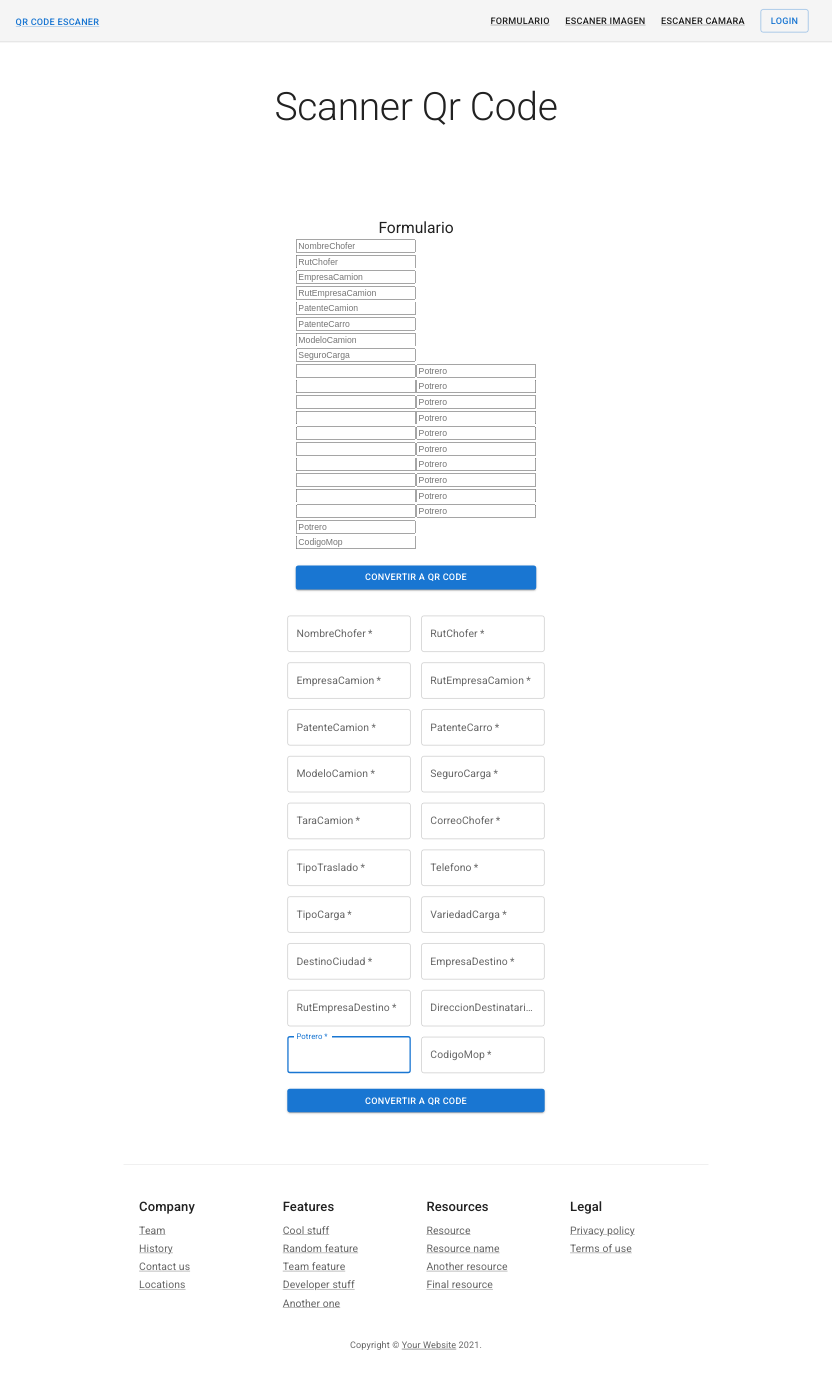
Repository: FlamesAlejandro/QrCodeForm
Page: /form
The author's editor kept a copy of each file at every save. The page is drawn from the files as they stood at one save, then again after a run of saves.
The browser window is 1280 px wide. The pictures show the whole page, at 65% of full size.
The project was rebuilt for these pictures with package versions that can differ from the ones it lists, and the page was loaded fresh each time. Also part of the build but not shown: src/App.css, src/components/pages/ImagenEscaner.js, src/components/pages/CamaraEscaner.js, src/components/pages/Home.js.

Above is the page before, as saved 2021-10-24 07:52:37.

After the next 2 saves:
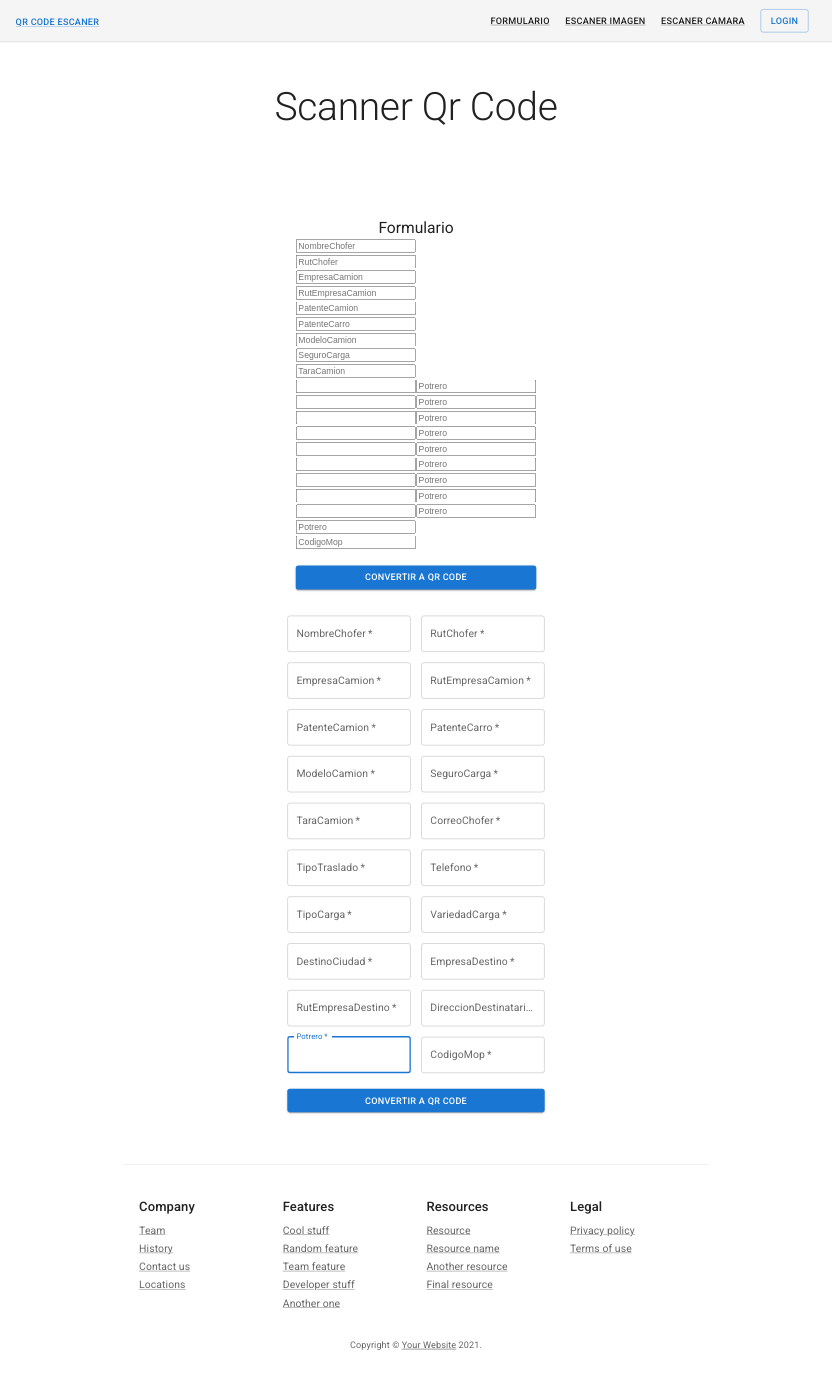
The 2 saves are shown as one change because they came seconds apart.
The last was saved 6 s later.
--- a/src/components/pages/Form.js
+++ b/src/components/pages/Form.js
@@ -71,16 +71,7 @@
                         <input type="text" placeholder="SeguroCarga" {...register("SeguroCarga", {})} />
                     </Grid>
                     <Grid item xs={12} sm={6}>
-                        <input
-                        autoComplete="TaraCamion"
-                        name="TaraCamion"
-                        required
-                        fullWidth
-                        id="TaraCamion"
-                        label="TaraCamion"
-                        autoFocus
-                        />
-                        <input type="text" placeholder="Potrero" {...register("Potrero", {})} />
+                        <input type="text" placeholder="TaraCamion" {...register("TaraCamion", {})} />
                     </Grid>
                     <Grid item xs={12} sm={6}>
                         <input
